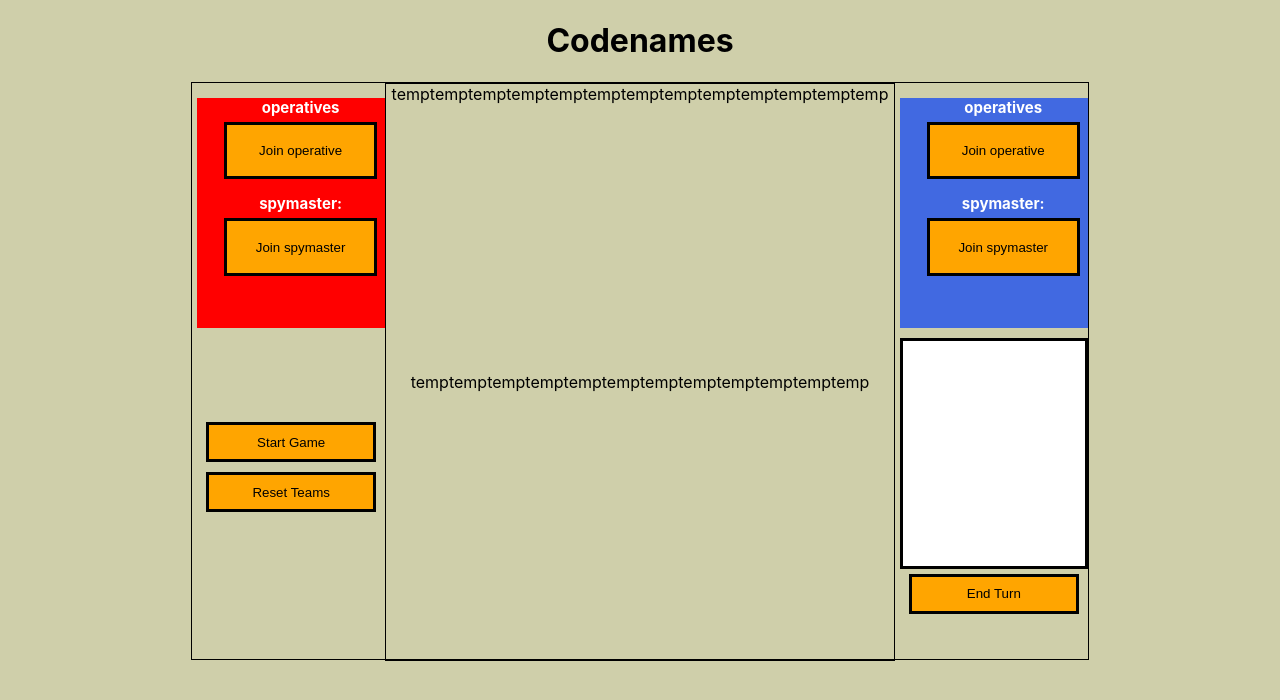
Repository: alcarrizo/Codenames-Fullstack
Page: / (app in client/)
The author's editor kept a copy of each file at every save. The page is drawn from the files as they stood at one save, then again after the next save.
The browser window is 1280 px wide. The pictures show the whole page.
The project was rebuilt for these pictures with package versions that can differ from the ones it lists, and the page was loaded fresh each time. Imported but missing from the stored project, and not drawn on this page: client/src/reportWebVitals.

Above is the page before, as saved 2023-01-09 21:07:11.

After the next save:
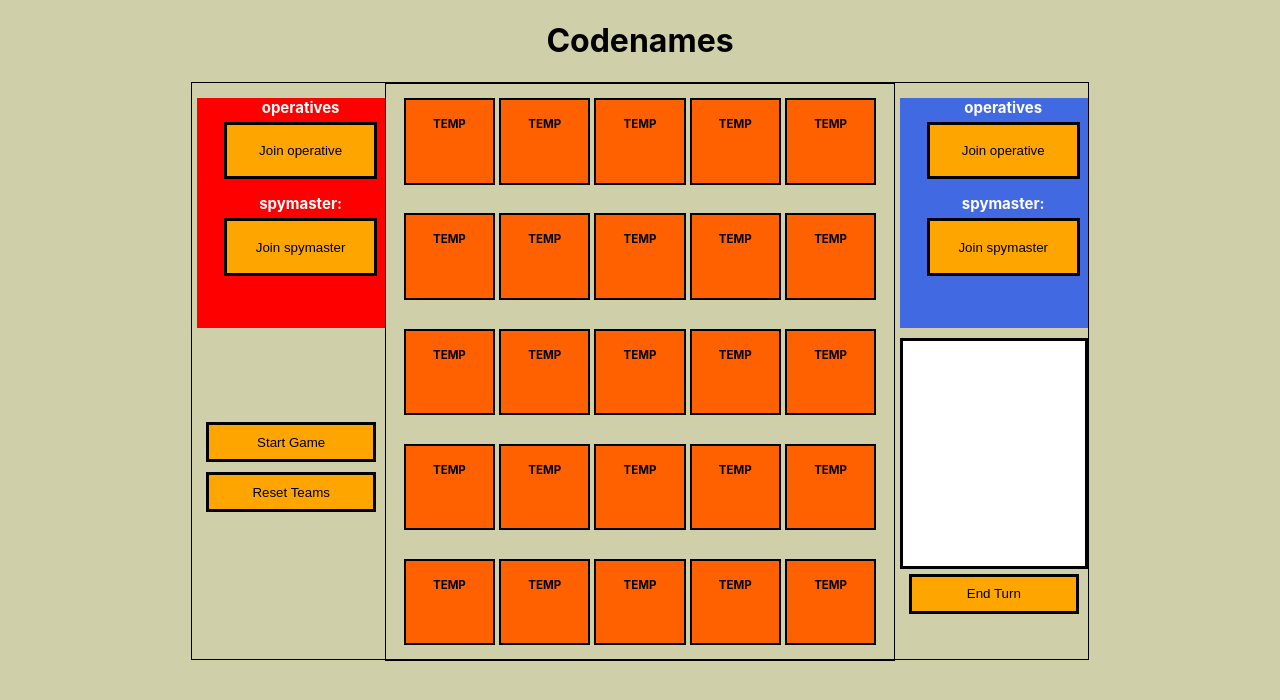
Saved 10 s later.
--- a/client/src/App.js
+++ b/client/src/App.js
@@ -15,7 +15,7 @@ const Wrapper = ({ cards }) => {
 
 const Card = ({ card, className }) => {
 
-  className = card.clicked ? className + card.team : className
+  className = card.clicked ? className + " " + card.team : className
   console.log(className)
   return (
     <div className={className}>
